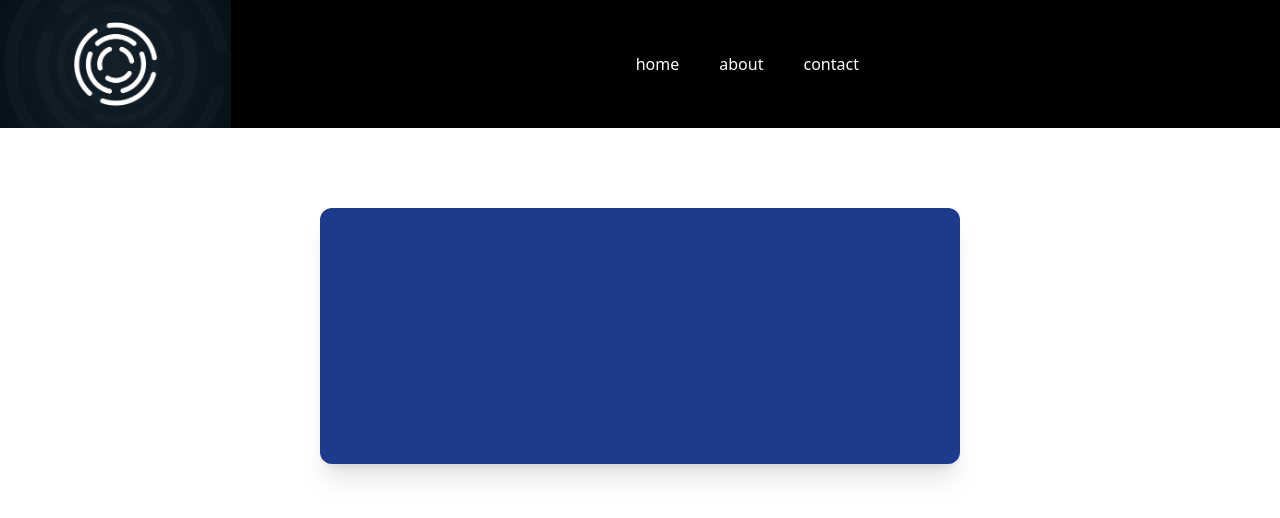
Repository: AstriaFinance/AstriaMvp
Page: /about
An editor plug-in stored every save of this project. The page is shown before and after the next save, followed by the edit.
The browser window is 1280 px wide. The pictures show the whole page.
The project was rebuilt for these pictures with package versions that can differ from the ones it lists, and the page was loaded fresh each time. Also part of the build but not shown: src/components/About.jsx, src/components/Shop.jsx, src/components/ErrorPage.jsx.

Above is the page before, as saved 2022-06-21 15:33:04.

After the next save:
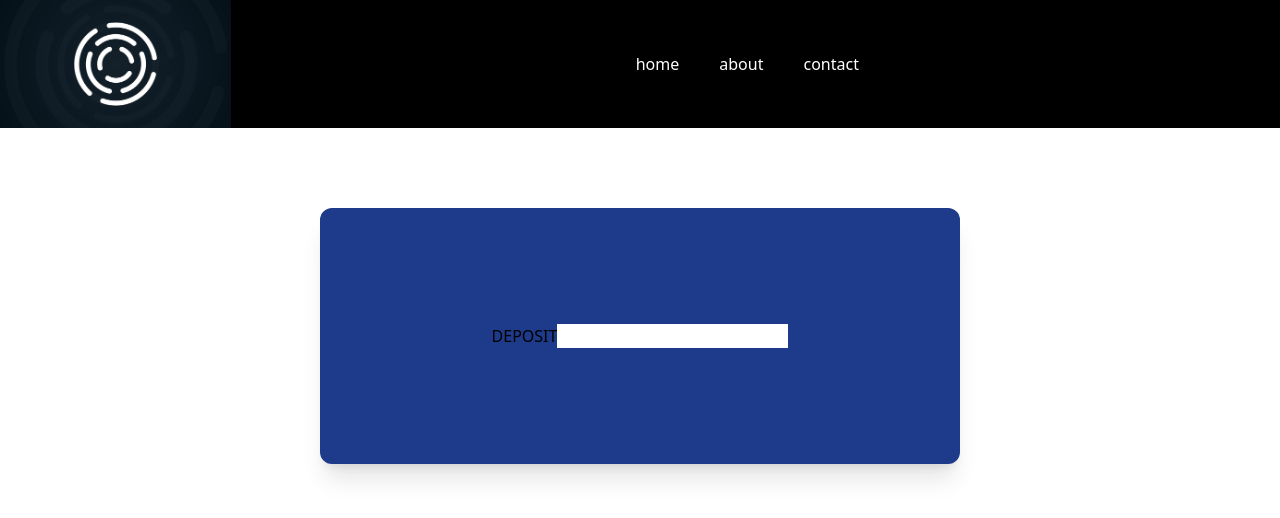
Saved 108 s later.
--- a/src/components/Home.jsx
+++ b/src/components/Home.jsx
@@ -2,7 +2,10 @@ import React from 'react'
 
 const Home = () => {
   return (
-    <div className='flex items-center justify-center h-64 w-1/2 rounded-xl mx-80 bg-blue-900 mt-20 shadow-xl'></div>
+    <div className='flex items-center justify-center h-64 w-1/2 rounded-xl mx-80 bg-blue-900 mt-20 shadow-xl'>
+        <div>DEPOSIT</div>
+        <input type="text" />
+    </div>
   )
 }
 
